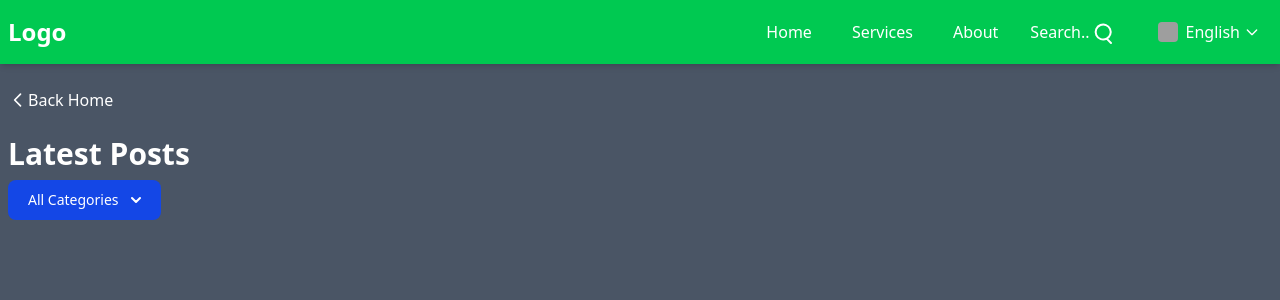
Repository: saroeuntola/we-share
Page: http://localhost/last-post
These files come from the project's save history. The page is drawn as it stood at one moment and after the next save; the edit follows.
The browser window is 1280 px wide. The pictures show the whole page.
Pictures or frames that could not be fetched are drawn as grey boxes. The page is run by PHP 8.4 with error messages shown; the project is at /var/www/html/. Style sheets and scripts are compiled from the project's sources, by tool versions that may differ from the author's. Queries for data that is not in the repository find no rows.

Above is the page before, as saved 2025-08-28 19:58:09.

After the next save:
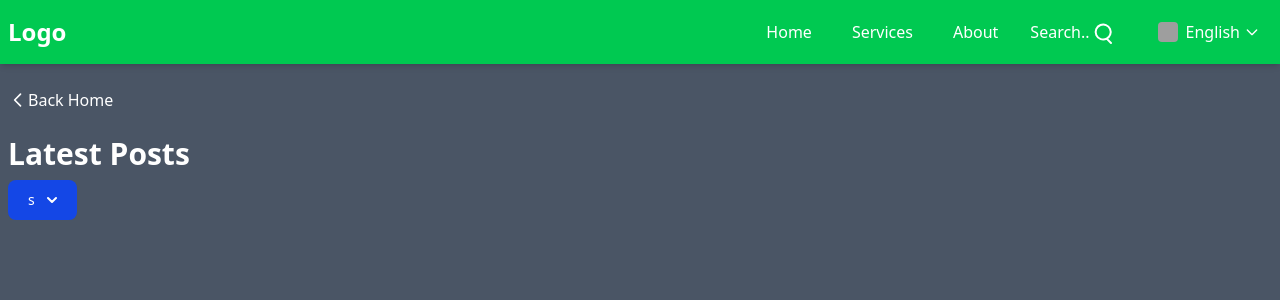
Saved 33 s later.
--- a/last-post.php
+++ b/last-post.php
@@ -79,7 +79,7 @@ usort($allPosts, fn($a, $b) => strtotime($b['created_at']) - strtotime($a['creat
                     onclick="toggleDropdown('categoryDropdown')">
                     <?= $categorySlug
                         ? htmlspecialchars($categoryModel->getCategory($categorySlug)['name'])
-                        : 'All Categories' ?>
+                        : 's' ?>
                     <svg class="w-2.5 h-2.5 ms-3" aria-hidden="true" xmlns="http://www.w3.org/2000/svg" fill="none" viewBox="0 0 10 6">
                         <path stroke="currentColor" stroke-linecap="round" stroke-linejoin="round" stroke-width="2" d="m1 1 4 4 4-4" />
                     </svg>
